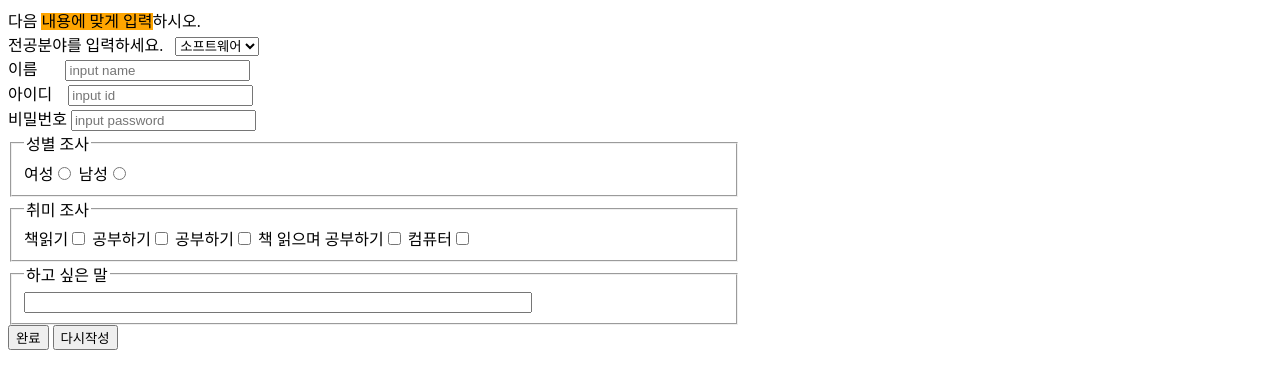
Repository: jwlee0714/HTML
Page: html/quiz-설문조사.html
These files come from the project's save history. The page is drawn as it stood at one moment and after the next save; the edit follows.
The browser window is 1280 px wide. The pictures show the whole page.

Above is the page before, as saved 2021-10-05 09:04:40.

After the next save:
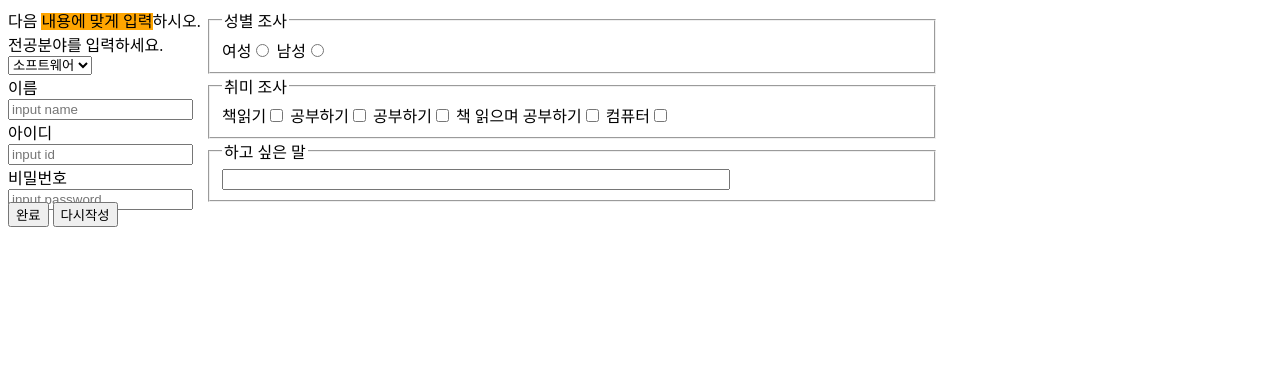
Saved 4 min 34 s later.
--- a/html/quiz-설문조사.html
+++ b/html/quiz-설문조사.html
@@ -7,11 +7,11 @@
 <body>
 
 
+	<div style="width:200px; height:150px;  float:left;">
 
-	<div>
 		<span >다음</span>
 		<span style="background-color:orange;">내용에 맞게 입력</span>하시오.
-	</div>
+
 
 	<form>
 		전공분야를 입력하세요. &nbsp; <select name ="select">
@@ -23,6 +23,7 @@
 		아이디 &nbsp; &nbsp;<input type="text" name ="id" placeholder="input id"><br>
 		비밀번호 <input type="password" name="pwd" placeholder="input password"><br>
 	</form>
+	</div>
 
 </table>
 
